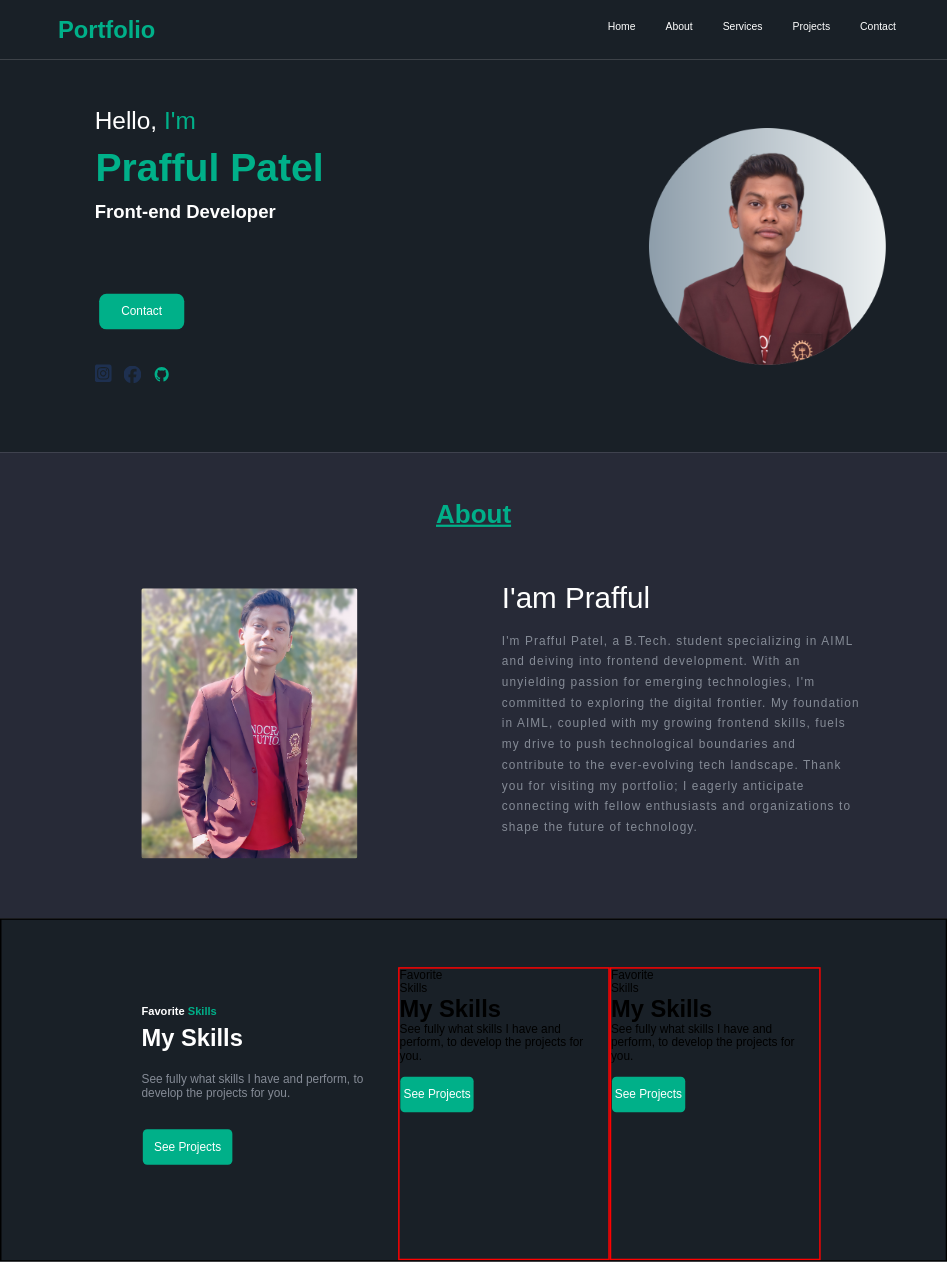
Repository: PraffulPatel27/Portfolio_2.0
Page: index.html
The author's editor kept a copy of each file at every save. The page is drawn from the files as they stood at one save, then again after the next save.
The browser window is 1280 px wide. The pictures show the whole page, at 74% of full size.

Above is the page before, as saved 2024-01-01 16:15:56.

### index.html
<!DOCTYPE html>
<html lang="en">
<head>
    <meta charset="UTF-8">
    <meta name="viewport" content="width=device-width, initial-scale=1.0">
    <title>Portfolio website complete</title>
    <link rel="stylesheet" href="style.css">
</head>
<body>

  <div class="container-first">
    <!-- /*********************** nav bar **************************/ -->
        <nav class="header">
            <h1>Portfolio</h1>

            <div class="nav-bar">
                <ul>
                    <li class="c1">Home</li>
                    <li> <a id="unique" href="#about">About</a></li>
                    <li>Services</li>
                    <li>Projects</li>
                    <li>Contact</li>
                </ul>
            </div>

        </nav>
        <!-- <div class="head-1"></div> -->



    <!-- /*********************** Section - 1 **************************/ -->
    <div class="first-main-content">
      <div class="left-content">
        <!-- <h1> Hi, </h1> -->
        <p class="ch"> Hello, </p>
        <p class="ch" id="bl"> I'm  </p>
        <h1 id="name-author"> Prafful Patel</h1>
        <h1> Front-end Developer </h1>

        <button class="btn"> Contact </button>
        <div class="social">
            <img src="images/instagram.svg">
            <img src="images/facebook.svg">
            <img src="images/github.svg">
        </div>
    </div>

   <img class="pic" src="images/profile-pic-circle.png">
   </div>


    <!-- /*********************** Section - 2 **************************/ -->
    <div class="section-2">
            <p class="heading-about"> About </p>

        <div class="front-2_under">
            <div class="left-content">
                <img class="left-img" src="images/image-portfolio.jpg">
            </div>

            <div class="right-para" id="about">
                <p class="heading-2"> I'am Prafful </p>
                <p class="description"> I'm Prafful Patel, a B.Tech. student specializing in AIML and
                    deiving into frontend development. With an unyielding passion
                    for emerging technologies, I'm committed to exploring the
                    digital frontier. My foundation in AIML, coupled with my
                    growing frontend skills, fuels my drive to push technological
                    boundaries and contribute to the ever-evolving tech
                    landscape. Thank you for visiting my portfolio; I eagerly
                    anticipate connecting with fellow enthusiasts and
                    organizations to shape the future of technology. </p>
            </div>
        </div>

    </div>


    <!-- /*********************** Section - 3 **************************/ -->

    <div class="section-3">
        <div class="bx-1">
            <p class="sm" > Favorite </p>
            <p class="sm" id="fsm"> Skills</p>
            <h1> My Skills</h1>

            <p class="skills-info">See fully what skills I have and perform, to
                develop the projects for you.</p>
            <button class="see-project"> See Projects </button>
        </div>

        <div class="bx-2">
            <p> Favorite </p>
            <p> Skills</p>
            <h1> My Skills</h1>

            <p>See fully what skills I have and perform, to
                develop the projects for you.</p>
            <button class="see-project"> See Projects </button>
        </div>

        <div class="bx-2">
            <p> Favorite </p>
            <p> Skills</p>
            <h1> My Skills</h1>

            <p >See fully what skills I have and perform, to
                develop the projects for you.</p>
            <button class="see-project"> See Projects </button>
        </div>
    </div>



    <!-- <footer>
            <h4 class="f-h4"> Prafful </h4>
            <div class="fimg">
                <img class="fb" src="images/faceb.png">
                <img class="ins" src="images/instagram-logo.png">
                <img class="lid" src="images/linkedin (1).png">
                <img class="git" src="images/github (1).png">
            </div>
            <h3 class="f-h3"> Terms of Use . Privacy Policy </h3>
            <p class="fp"> © 2023 copyright all right reserved </p>
    </footer> -->

  </div>

</body>
</html>

### style.css
* {
    margin: 0;
    padding: 0;
    box-sizing: border-box;
    font-family: 'Poppins' , sans-serif;
    scroll-behavior: smooth;
    overflow-x: hidden;
}
.container-first {
    display: flex;
    flex-direction: column;
    flex-wrap: wrap;
    width: 100vw;
    align-items: center;
}
.main-con {
    margin-left: 10%;
    margin-right: 10%;
}

/*********************** Nav bar **************************/
.header {
    min-height: 90%;
    width: 100%;
    background-position: center;
    background-size: cover;
    position: relative;
    background-color: #192027;
    color: #fff;
}
nav {
    display: flex;
    padding: 1.6% 4%;
    align-items: center;
    justify-content: center;
}
.nav-bar {
    flex: 1;
    text-align: right;
}
.nav-bar ul li {
    list-style: none;
    display: inline-block;
    padding: 8px 18px;
    position: relative;
    /* font-weight: bold; */
    cursor: pointer;
    font-size: 0.88rem;
}
#unique {
    text-decoration: none;
    color: #fff;
}
#unique:hover {
    color: #00B089;
}
.nav-bar ul li::after  {
    content: '';
    width: 0%;
    height: 3.5px;
    background-color: #00B089;
    display: block;
    margin: auto;
    transition: 0.80s;
}
.nav-bar ul li:hover::after {
    width: 100%;
}
.nav-bar ul li:hover {
    color: #00B089;
}
nav h1 {
    font-size: 2rem;
    color: #00B089;
    margin-left: 1.7rem;
}

/*********************** Section - 1 **************************/
.first-main-content {
    width: 100%;
    background-color: #192027;
    padding-bottom: 7%;
    display: flex;
    justify-content: space-evenly;
    align-items: center;
    flex-direction: row;
    flex-wrap: wrap;
    align-items: center;
    /* border: 2px solid black; */
}
/* .head-1 {
    margin-top: -1.2%;
    opacity: 0.1;
    border: 0.8px solid black;
    width: 100%;
} */
.left-content {
    padding-top: 5%;
    padding-left: 10%;
    /* border: 2px solid black; */
}
.ch {
    display: inline;
    font-size: 33px;
    color: #fff;
}
#bl {
    color: #00B089;
}
#name-author {
    color: #00B089;
    margin-top: 1.2%;
    font-size: 3.3rem;
    margin-left: 0.1%;
}
.left-content h1 {
    line-height: 60px;
    color: #fff;
    font-size: 25px;
}
.btn {
    width: 10%;
    height: 3rem;
    margin-top: 7%;
    margin-left: 0.5%;
    border-radius: 10px;
    background: #00B089;
    border: none;
    cursor: pointer;
    color: white;
    font-size: 1rem;
    text-align: center;
}
.btn:hover {
    box-shadow: 0px 0px 30px #00B089;
    transition: 0.2s;
}
.social {
    margin-top: 4%;
    margin-left: -1%;
    /* border: 2px solid black; */
}
.social img {
    width: 3%;
    padding-left: 1%;
    cursor: pointer;
    /* background: none; */
}
.social img:hover {
    color: #00B089;
}
.pic {
    width: 20rem;
    margin-top:5%;
    margin-right: -62%;
    flex-wrap: wrap;
    position: absolute;
}

/*********************** Section - 2 **************************/
.section-2 {
    width: 100%;
    flex-wrap: wrap;
    align-items: center;
    display: flex;
    position: none;
    justify-content: space-evenly;
    background-color: #272A37;
    /* border: 2px solid red; */
}
.heading-about {
    text-align: center;
    margin-top: 5%;
    color: #00B089;
    font-size: 2.2rem;
    font-weight: 700;
    text-decoration: underline;
}
.front-2_under {
    display: flex;
    flex-direction: row;
    justify-content: space-evenly;
    align-items: center;
    margin-top: 2%;
    margin-left: 6.5%;
    margin-right: 9%;
    margin-bottom: 6%;
    /* border: 2px solid red; */
}
.left-content {
    flex: 1;
}
.left-content .left-img {
    width: 60%;
    max-width: 100%;
    height: auto;
    border-radius: 1%;
}
.right-para {
    flex: 1;
}
.heading-2 {
    font-size: 2.5rem;
    line-height: 70px;
    color: #fff;
}
.description {
    color: #858B96;
    letter-spacing: 1.5px;
    line-height: 28px;
    margin-top: 2%;
}

 /*********************** Section - 3 **************************/
 .section-3 {
    height: 29rem;
    padding-top: 5%;
    flex-wrap: wrap;
    display: flex;
    /* flex-direction: row; */
    padding-left: 10%;
    padding-right: 10%;
    background-color: #192027;
    border: 2px solid black;
}
.sm {
    color: #fff;
    display: inline;
    font-weight: 700;
    font-size: 15px;
}
#fsm {
    color: #00B089;
}
.bx-1 h1 {
    margin-top: 2.8%;
    color: #fff;
}
.skills-info {
    color: #858B96;
    margin-top: 8%;
    margin-bottom: 4.5%;
}
.bx-1 {
    /* border: 2px solid green; */
    width: 40%;
    padding-top: 5%;
    padding-left: 6%;
}
.see-project {
    width: 35%;
    height: 3rem;
    margin-top: 7%;
    margin-left: 0.5%;
    border-radius: 6px;
    background: #00B089;
    border: none;
    cursor: pointer;
    color: white;
    font-size: 1rem;
    text-align: center;
}
.see-project:hover {
    box-shadow: 0px 0px 30px #00B089;
    transition: 0.2s;
}
.bx-2 {
    border: 2px solid red;
    width: 28%;
}

After the next save:
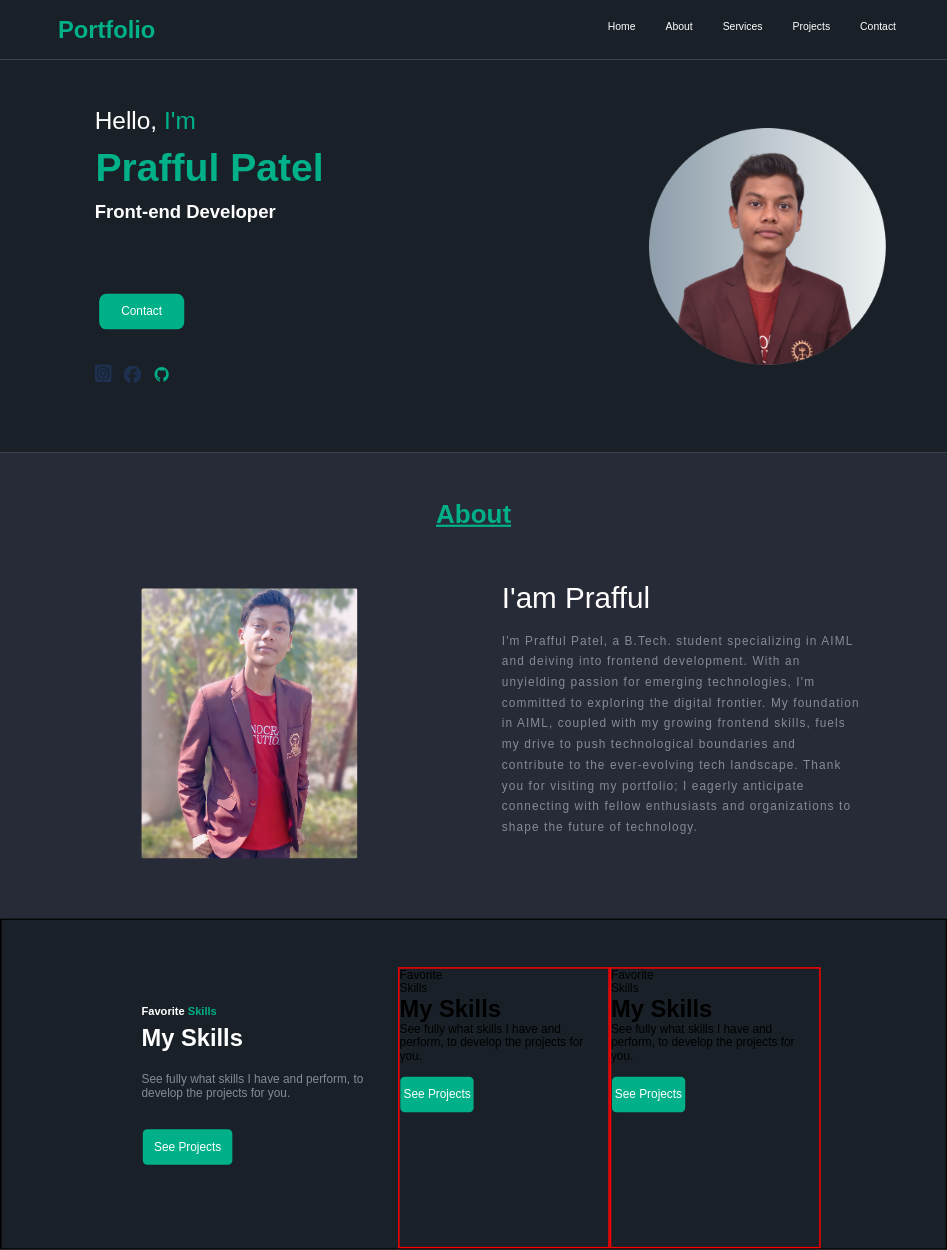
Saved 5 s later.
--- a/style.css
+++ b/style.css
@@ -213,7 +213,7 @@
 
  /*********************** Section - 3 **************************/
  .section-3 {
-    height: 29rem;
+    height: 28rem;
     padding-top: 5%;
     flex-wrap: wrap;
     display: flex;
